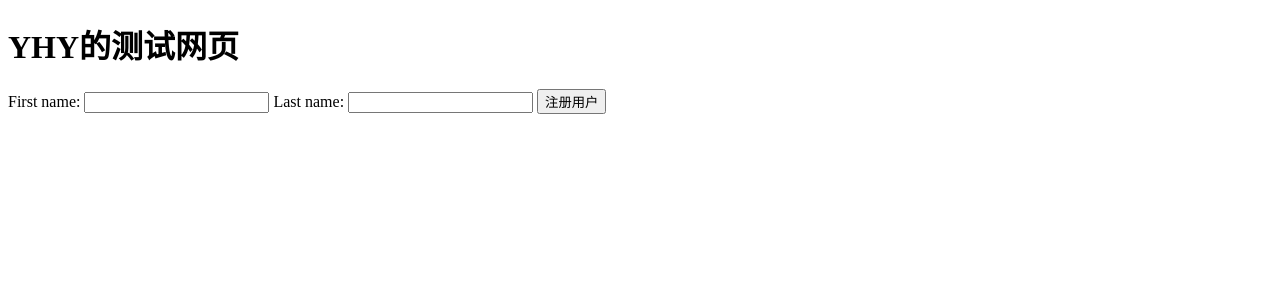
Repository: Darkmoon1/Bank-java-
Page: Bank/myBank/WebContent/home.html
These files come from the project's save history. The page is drawn as it stood at one moment and after the next save; the edit follows.
The browser window is 1280 px wide. The pictures show the whole page.

Above is the page before, as saved 2017-07-13 17:02:38.

### Bank/myBank/WebContent/home.html
<!DOCTYPE html>
<html lang="en">
<head>
	<meta charset="UTF-8">
    <meta name="viewport"
          content="width=device-width, user-scalable=no, initial-scale=1.0, maximum-scale=1.0, minimum-scale=1.0">
    <meta http-equiv="X-UA-Compatible" content="text/html">
    <script type="text/javascript" src="js/jquery.js"></script>
    <script type="text/javascript" src="js/test.js"></script>
<title>Insert title here</title>
</head>
	<body>
	<h1>YHY的测试网页</h1>
	<div></div>
	<form action="MyServlet" method="post">
	First name: <input	id="fname" type="text" name="fname" required="required"/>
  	Last name: <input id="lname" type="text" name="lname" required="required"/>
  	<input  id="regist"	type="submit"  value = "注册用户" />

	</form>
</body>
</html>

### Bank/myBank/WebContent/js/test.js
function regist(){


}

Loaded but not shown: Bank/myBank/WebContent/js/jquery.js (library)

After the next save:
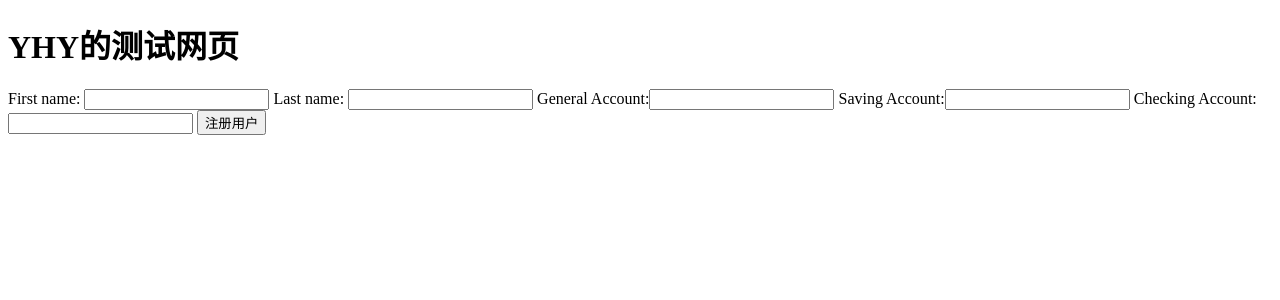
Saved 4 min 21 s later.
--- a/Bank/myBank/WebContent/home.html
+++ b/Bank/myBank/WebContent/home.html
@@ -15,6 +15,9 @@
 	<form action="MyServlet" method="post">
 	First name: <input	id="fname" type="text" name="fname" required="required"/>
   	Last name: <input id="lname" type="text" name="lname" required="required"/>
+  	General Account:<input id="GA" type="text" name="GA" required="required"/>
+  	Saving Account:<input id="SA" type="text" name="SA" required="required"/>
+  	Checking Account:<input id="CA" type="text" name="CA" required="required"/>
   	<input  id="regist"	type="submit"  value = "注册用户" />
 
 	</form>
